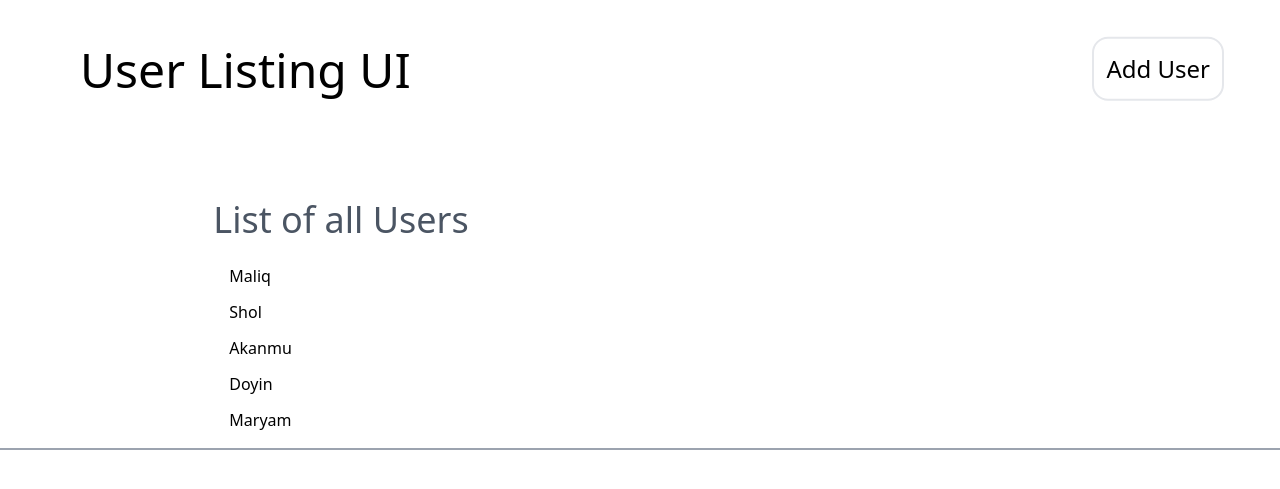
Repository: Marlstergo/listings
Page: /view (app in client/)
The author's editor kept a copy of each file at every save. The page is drawn from the files as they stood at one save, then again after the next save.
The browser window is 1280 px wide. The pictures show the whole page.
The project was rebuilt for these pictures with package versions that can differ from the ones it lists, and the page was loaded fresh each time. Also part of the build but not shown: client/craco.config.js, client/src/components/Loader.js, client/src/components/Order.js, client/src/components/Modal.js. Imported but missing from the stored project, and not drawn on this page: client/src/components/Base, client/src/components/Toppings.

Above is the page before, as saved 2021-07-20 23:56:18.

### client/src/index.js
/* eslint-disable no-unused-vars */
import React from "react";
import ReactDOM from "react-dom";
import "./index.css";
import App from "./App";
import reportWebVitals from "./reportWebVitals";
import { BrowserRouter } from "react-router-dom";
import { Provider } from "react-redux";
import { store } from "./redux/store";
import { PersistGate } from "redux-persist/integration/react";
import { persistor } from "./redux/store";

ReactDOM.render(
  <React.StrictMode>
    <Provider store={store}>
      <BrowserRouter>
        <PersistGate persistor={persistor}>
          <App />
        </PersistGate>
      </BrowserRouter>
    </Provider>
  </React.StrictMode>,
  document.getElementById("root")
);

// If you want to start measuring performance in your app, pass a function
// to log results (for example: reportWebVitals(console.log))
// or send to an analytics endpoint. Learn more: https://bit.ly/CRA-vitals
reportWebVitals();

### client/src/App.js
import React, { useState } from 'react';
import { Route, Switch, useLocation } from "react-router-dom";
import Header from './components/Header';
import Home from './components/Home';
import Base from './components/Base';
import Toppings from './components/Toppings';
import Order from './components/Order';
import Modal from './components/Modal';
import { AnimatePresence } from 'framer-motion';

function App() {
  const location = useLocation();
  const showModal = true;

  return (
    <>
      <Header />
      {/* <Modal showModal={showModal} /> */}
      <AnimatePresence exitBeforeEnter>
        <Switch location={location} key={location.key}>
          <Route path="/">
            <Home />
          </Route>
          <Route path="/createUpdateUser">
            <Toppings />
          </Route>
          <Route path="/order">
            <Order />
          </Route>
          <Route path="/">
            <Home />
          </Route>
        </Switch>
      </AnimatePresence>

    </>
  );
}

export default App;

### client/src/redux/store.js
import { createStore, applyMiddleware } from "redux";
import { logger } from 'redux-logger';
import {persistStore} from 'redux-persist';
// import thunk from 'redux-thunk'
import createSagaMiddleware from 'redux-saga'

import rootSaga from './root-sagas'

import rootReducer from './root-reducer';

const sagaMiddleware = createSagaMiddleware()

const middleware = [sagaMiddleware];

if( process.env.NODE_ENV === 'development'){
    middleware.push(logger)
}

export const store = createStore(rootReducer, applyMiddleware(...middleware))

sagaMiddleware.run(rootSaga)

export const persistor = persistStore(store)

export default (store, persistor);

### client/src/components/Header.js
import React from "react";
import { motion } from "framer-motion";

const svgVariants = {
  hidden: { rotate: -180 },
  visible: {
    rotate: 0,
    transition: { duration: 1 },
  },
};

const pathVariants = {
  hidden: {
    opacity: 0,
    pathLength: 0,
  },
  visible: {
    opacity: 1,
    pathLength: 1,
    transition: {
      duration: 2,
      ease: "easeInOut",
    },
  },
};

const buttonVariants = {
  show: {
    y: [0, -20],
    x: 0,
    textShadow: "0px 0px 8px rgb(255,255,255)",
    boxShadow: "0px 0px 8px rgb(255,255,255)",
    transition: {
      duration: 0.3,
      yoyo: Infinity,
      ease: 'easeOut'
    },
  },
};

const Header = () => {
  return (
    <header className="flex p-14 w-screen justify-between  items-center">
      {/* <motion.div
        className="logo"
        drag
        dragConstraints={{ left: 0, top: 0, right: 0, bottom: 0 }}
        dragElastic={0.7}
      >

      </motion.div> */}
      <motion.div
        className=" flex justify-between w-full ml-6 text-xs"
        initial={{ y: -250 }}
        animate={{ y: -10 }}
        transition={{ delay: 0.2, type: "spring", stiffness: 120 }}
      >
        <h1 className=" pb-4 text-5xl">User Listing UI</h1>
        <motion.button variants={buttonVariants} whileHover="hover"
        animate="show"
        className="text-2xl border-2 px-3 rounded-2xl"
        >
          Add User
        </motion.button>
      </motion.div>
    </header>
  );
};

export default Header;

### client/src/components/Home.js
import React from "react";
import { Link } from "react-router-dom";
import { motion } from "framer-motion";
import Loader from "./Loader";



const containerVariants = {
  hidden: {
    opacity: 0,
  },
  visible: {
    opacity: 1,
    transition: { delay: 1.5, duration: 1.5 },
  },
  exit: {
    x: "-100vh",
    transition: { ease: "easeInOut" },
  },
};
const buttonVariants = {
  hover: {
    scale: 1.1,
    textShadow: "0px 0px 8px rgb(255,255,255)",
    boxShadow: "0px 0px 8px rgb(255,255,255)",
    transition: {
      duration: 0.3,
      yoyo: Infinity
    }
  }
}
const users = ["maliq", "shol", "akanmu", "doyin", "maryam"];
const Home = () => {
  return (
    <motion.div
      className="  pb-4 mb-4 border-b-2 border-gray-400 flex flex-col items-center"
      variants={containerVariants}
      initial="hidden"
      animate="visible"
      exit="exit"
    >
      <div className="w-2/3 ">
        <h1 className="text-gray-600 py-6 text-4xl">List of all Users</h1>
        <ul className="pl-4 space-y-3 capitalize ">
          {users.map(
            (user , idx) => (
              <li key={idx}>{user}</li>
            )
          )}

        </ul>
        {/* <table className="min-w-full divide-y divide-gray-200">
          <thead>
            <tr>
              <th className="px-6 py-3 bg-gray-50 text-left text-xs font-medium text-gray-500 uppercase tracking-wider">
                Transaction
              </th>
              <th className="px-6 py-3 bg-gray-50 text-right text-xs font-medium text-gray-500 uppercase tracking-wider">
                Amount
              </th>
              <th className="hidden px-6 py-3 bg-gray-50 text-left text-xs font-medium text-gray-500 uppercase tracking-wider md:block">
                Status
              </th>
              <th className="px-6 py-3 bg-gray-50 text-right text-xs font-medium text-gray-500 uppercase tracking-wider">
                Date
              </th>
            </tr>
          </thead>
        </table> */}
      </div>
    </motion.div>
  );
};

export default Home;

### client/src/redux/root-sagas.js
import {all, call} from 'redux-saga/effects'
import {userSagas} from './user/user.sagas'


export default function* rootSaga(){
    yield all([
        call(userSagas),
    ])
}

### client/src/redux/root-reducer.js
import {combineReducers} from 'redux'
import userReducer from './user/user.reducer'
// import cartReducer from './cart/cart.reducer'
import {persistReducer} from 'redux-persist'
import storage from 'redux-persist/lib/storage'
// import directoryReducer from './directory/directory.reducer'
// import shopReducer from './shop/shop.reducer'

const persistConfig ={
    key: 'root',
    storage,
    whitelist: ['' ]
}
const rootReducer = combineReducers({
    user: userReducer,

})
export default persistReducer(persistConfig, rootReducer)

### client/src/redux/user/user.sagas.js
import { all, call, put, takeLatest } from "redux-saga/effects";

import UserActionTypes from "./user.types";
import { loadUserDetail } from "./user.action";
// import axios from "axios";
// import { getUserDetailsURL } from "../../components/stringConstants";

export function* getDetails() {
  yield console.log("i fired");

  // try {
  //   console.log("inside try");

  //   const res = yield axios.get(getUserDetailsURL);
  //   const data = yield res.data;
  //   console.log(res);
  //   yield put(loadUserDetail(data ? data.data[0] : {}));
  // } catch (err) {
  //   console.log(err.response);
  //   if (err.response && err.response.statusText === "Not Found") {
  //     // console.log("");
  //     window.location.href = "/profile/settings?newUser=0837";
  //   }
  // }
}

export function* getUserDetails() {
  yield takeLatest(UserActionTypes.GET_USER_DETAIL, getDetails);
}
// export function* loadUserDetails(){
//     yield takeLatest(UserActionTypes.LOAD_USER_DETAIL, loadDetails)
// }

export function* userSagas() {
  yield all([call(getUserDetails)]);
}

### client/src/redux/user/user.reducer.js
import UserActionTypes from "./user.types";
const INITIAL_STATE = {
  // currentUser: null,
  userDetail: {},
  demo: 'i am demo',
  location: null

};
const userReducer = (state = INITIAL_STATE, action) => {
  switch (action.type) {

    case UserActionTypes.LOAD_USER_DETAIL:
      return {
        ...state,
        userDetail: action.payload,
      };

    case UserActionTypes.COLLECT_GEOLOCATION:
      return {
        ...state,
        location: action.payload
      }
    default:
      return state;
  }
};

export default userReducer;

### client/src/redux/user/user.types.js
const UserActionTypes ={
    GOOGLE_SIGN_IN_START : 'GOOGLE_SIGN_IN_START',
    SIGN_IN_SUCCESS : 'SIGN_IN_SUCCESS',
    SIGN_IN_FAILURE : 'SIGN_IN_FAILURE',
    GET_USER_DETAIL: 'GET_USER_DETAIL',
    LOAD_USER_DETAIL: 'LOAD_USER_DETAIL',
    COLLECT_GEOLOCATION: 'COLLECT_GEOLOCATION',
    FETCH_GEOLOCATION: 'FETCH_GEOLOCATION'
}
export default UserActionTypes;

### client/src/redux/user/user.action.js
import UserActionTypes from './user.types'



// export const googleSignInStart = () => ({
//     type: UserActionTypes.GOOGLE_SIGN_IN_START
// })

// export const signInSuccess = (user) => ({
//     type: UserActionTypes.SIGN_IN_SUCCESS,
//     payload: user
// })

export const getUserDetail = () => ({
    type: UserActionTypes.GET_USER_DETAIL,

})
export const loadUserDetail = (details) => ({
    type: UserActionTypes.LOAD_USER_DETAIL,
    payload: details
})

export const fetchGeoloction = () => ({
    type: UserActionTypes.FETCH_GEOLOCATION
})
export const collectGeolocation = (location) => ({
    type: UserActionTypes.COLLECT_GEOLOCATION,
    payload: location
})
// })

### client/tailwind.config.js
  // tailwind.config.js
  module.exports = {
    // mode:'jit',
    purge: ['./src/**/*.{js,jsx,ts,tsx}', './public/index.html'],
     darkMode: false, // or 'media' or 'class'
     theme: {
       extend: {},
     },
     variants: {
       extend: {},
     },
     plugins: [],
   }

Loaded but not shown: client/public/index.html (common file); client/src/index.css (common file); client/src/reportWebVitals.js (common file)

After the next save:
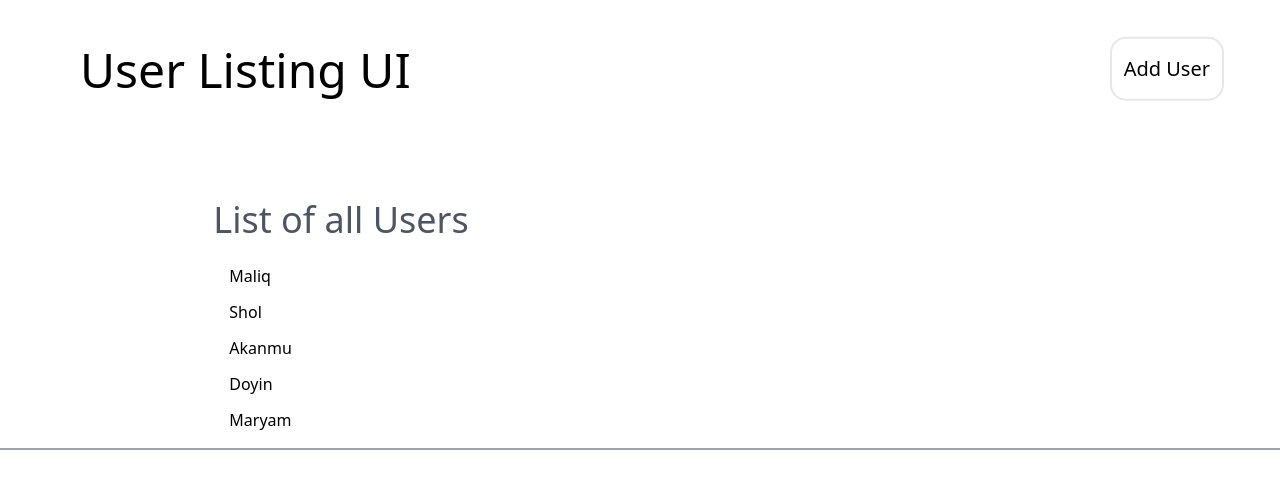
Saved 57 s later.
--- a/client/src/components/Header.js
+++ b/client/src/components/Header.js
@@ -58,7 +58,7 @@ const Header = () => {
         <h1 className=" pb-4 text-5xl">User Listing UI</h1>
         <motion.button variants={buttonVariants} whileHover="hover"
         animate="show"
-        className="text-2xl border-2 px-3 rounded-2xl"
+        className="text-xl border-2 px-3 rounded-2xl"
         >
           Add User
         </motion.button>
